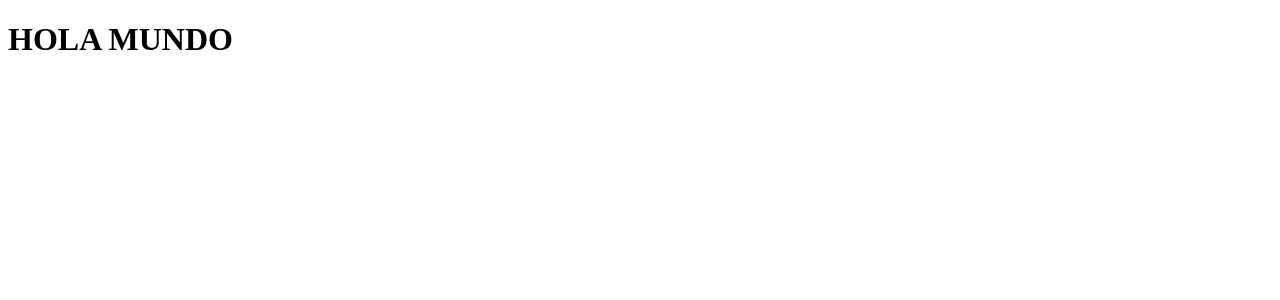
Repository: iwinser117/react-portafolio
Page: /
The author's editor kept a copy of each file at every save. The page is drawn from the files as they stood at one save, then again after a run of saves.
The browser window is 1280 px wide. The pictures show the whole page.
The project was rebuilt for these pictures with package versions that can differ from the ones it lists, and the page was loaded fresh each time. Also part of the build but not shown: webpack.config.js.

Above is the page before, as saved 2023-01-09 08:40:27.

### public/index.html
<!DOCTYPE html>
<html lang="en">
<head>
    <meta charset="UTF-8">
    <meta http-equiv="X-UA-Compatible" content="IE=edge">
    <meta name="viewport" content="width=device-width, initial-scale=1.0">
    <title>mi react portafolio</title>
</head>
<body>
    <div id="main"></div>
</body>
</html>

### src/index.js
import React from "react";
import ReactDOM from "react-dom";
import Home from "./pages/Home";

// (async function app() {
//     const main = null || document.getElementById('main');
//     main.innerHTML = await Home();
// })();

ReactDOM.render(<Home />, document.getElementById("main"));

### src/pages/Home.jsx
import React from 'react';
import ReactDOM from 'react-dom'


const Home = () => {
    return (

        <div>
        <h1>HOLA MUNDO</h1>

        </div>

    );
}

export default Home;

After the next 2 saves:
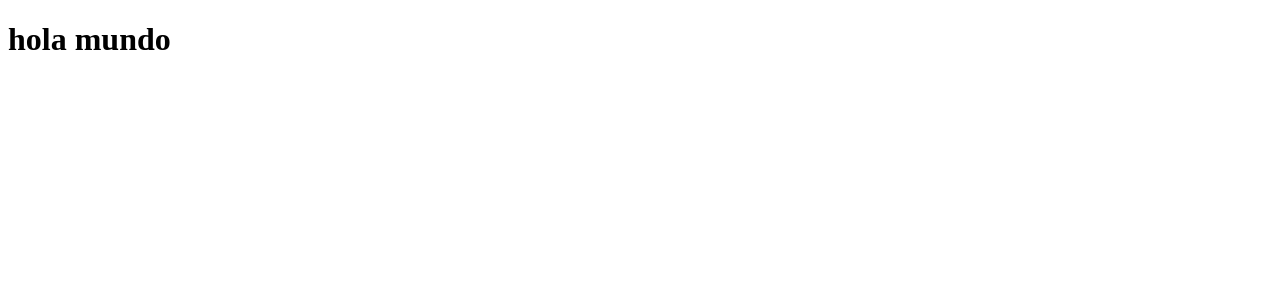
The 2 saves are shown as one change because they came seconds apart.
The last was saved 21 min 59 s later.
--- a/src/pages/Home.jsx
+++ b/src/pages/Home.jsx
@@ -6,7 +6,7 @@
     return (
 
         <div>
-        <h1>HOLA MUNDO</h1>
+        <h1>hola mundo</h1>
 
         </div>
 
